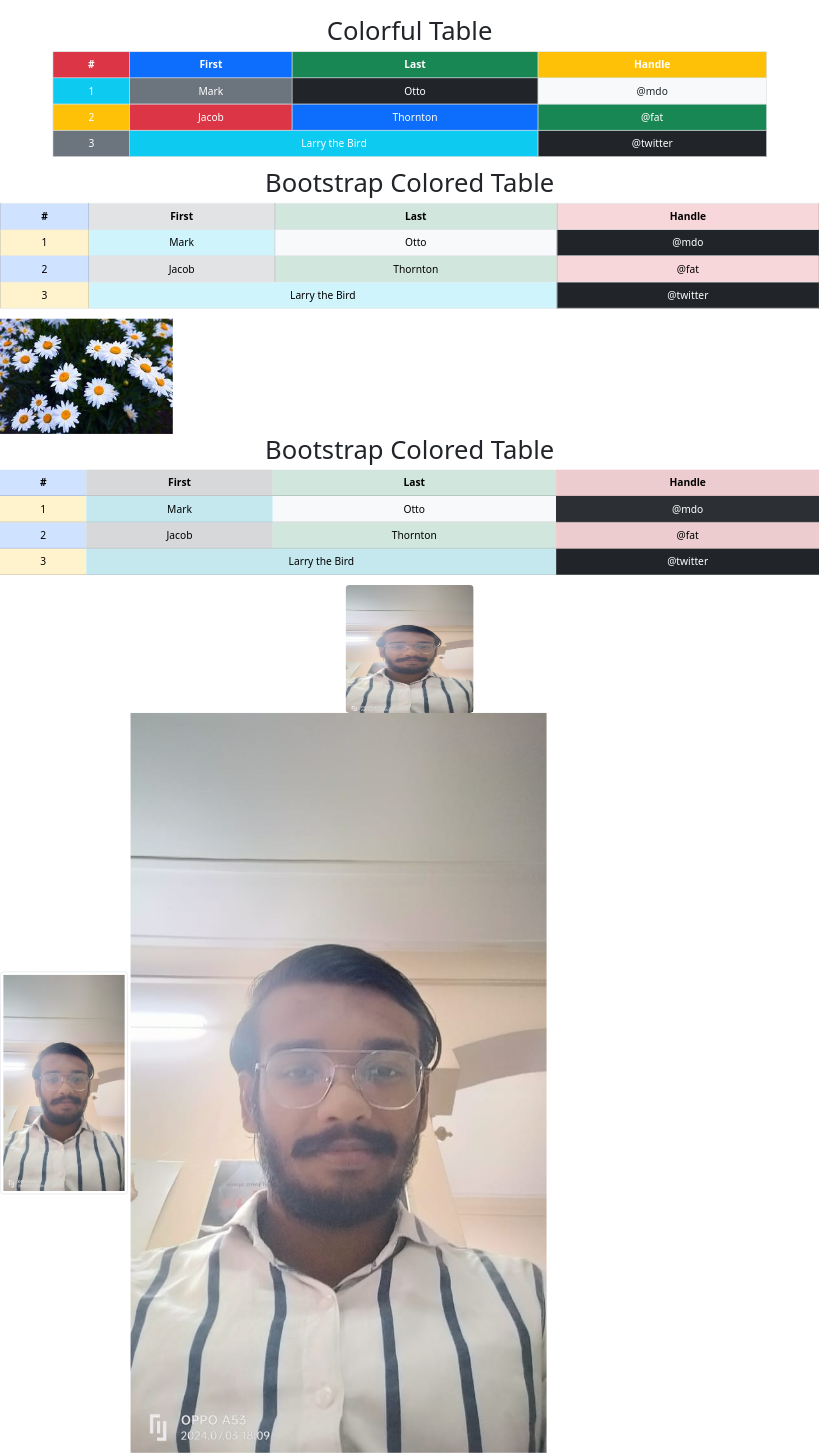
Repository: arunyerram/Web-TEChnologies
Page: BootstrapTables.html
The author's editor kept a copy of each file at every save. The page is drawn from the files as they stood at one save, then again after the next save.
The browser window is 1280 px wide. The pictures show the whole page, at 64% of full size.

Above is the page before, as saved 2025-02-22 11:43:26.

After the next save:
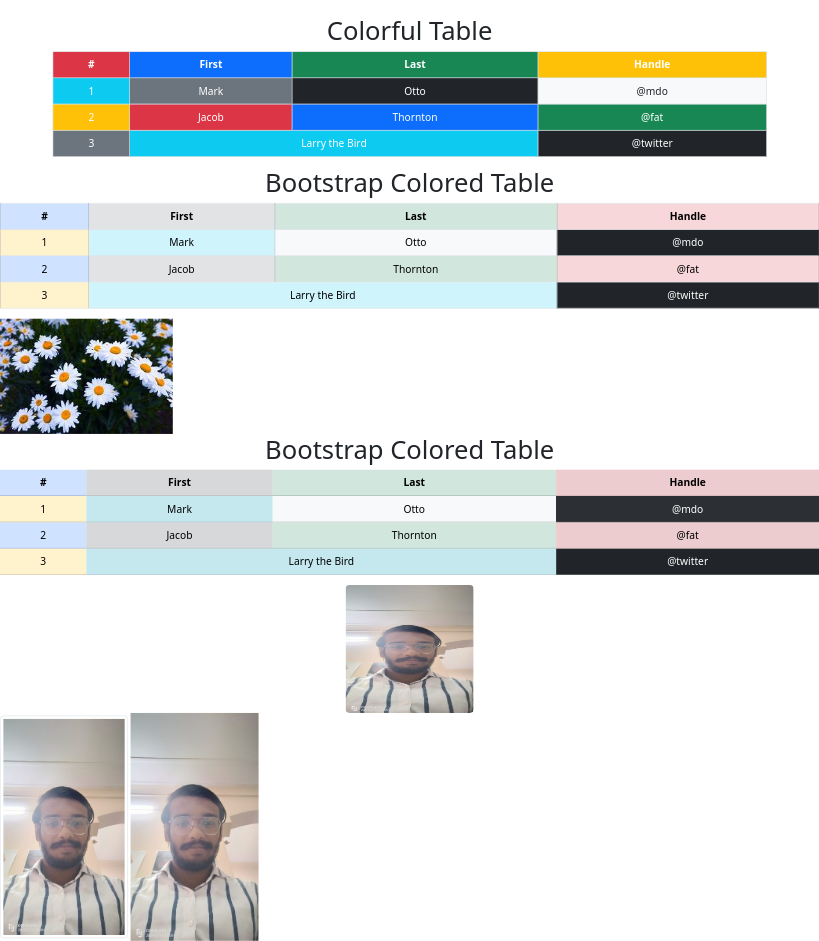
Saved 4 s later.
--- a/BootstrapTables.html
+++ b/BootstrapTables.html
@@ -121,6 +121,6 @@
 
         <img src="Arun.jpg" class="img-thumbnail" alt="..." height="200px"  width="200px">
 
-        <img src="Arun.jpg" class="img-fluid" alt="..." >
+        <img src="Arun.jpg" class="img-fluid" alt="..." height="200px"  width="200px">
 </body>
 </html>
